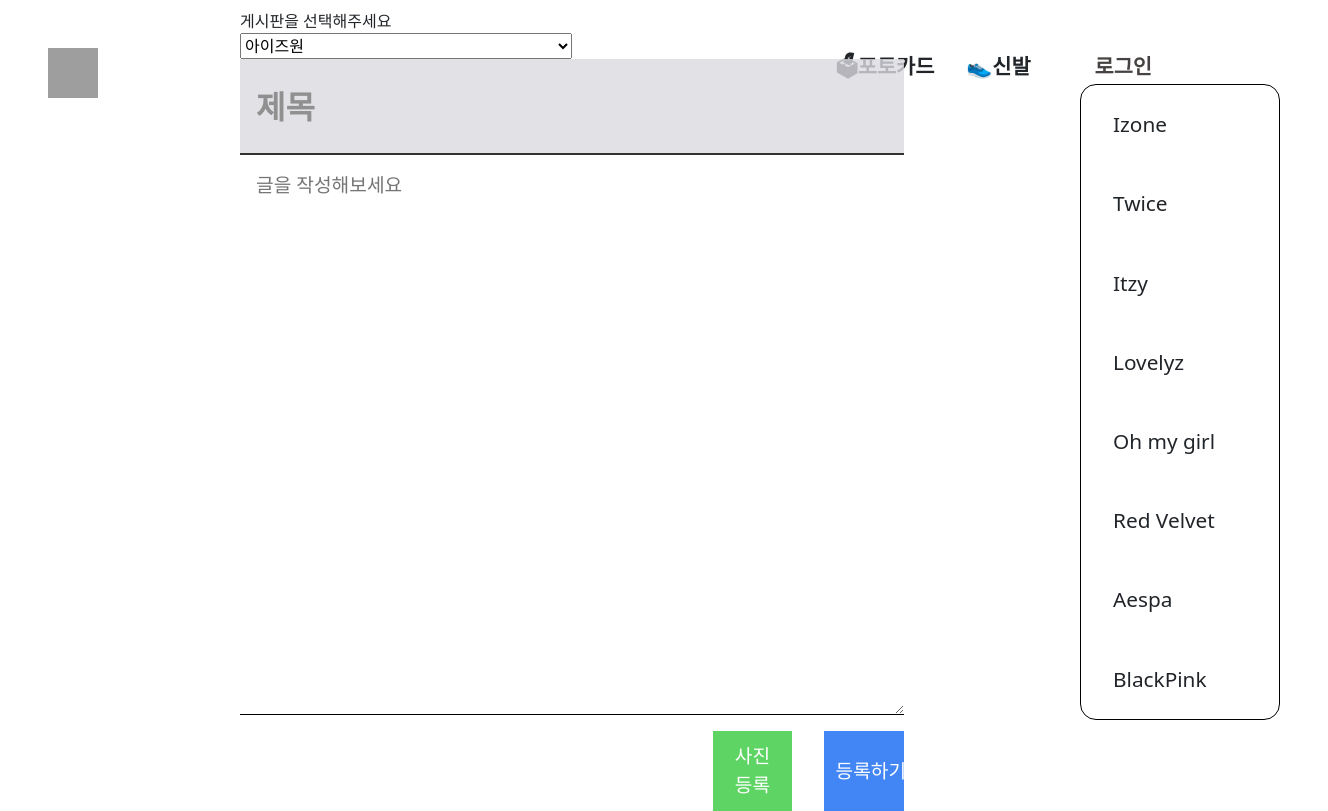
Repository: hwangstar156/goods-trader
Page: /write
The author's editor kept a copy of each file at every save. The page is drawn from the files as they stood at one save, then again after a run of saves.
The browser window is 1280 px wide. The page is 1328 px wide, so the pictures cover 1328 px, including what lies to the right of the window. The pictures show the whole page.
Pictures or frames that could not be fetched are drawn as grey boxes. Some web libraries are served in a nearby version. The project was rebuilt for these pictures with package versions that can differ from the ones it lists, and the page was loaded fresh each time. Also part of the build but not shown: src/App.css, src/component/sign-up/sign-up.component.jsx, src/component/sign-in/sign-in.styles.scss, src/component/sign-in/sign-in.component.jsx, src/component/with-spinner/withSpinner.styles.scss, src/component/with-spinner/withSpinner.component.jsx, src/pages/userprofile/userprofile.styles.scss, src/pages/userprofile/userprofile.utils.js and 7 more.

Above is the page before, as saved 2021-09-05 17:57:17.

### public/index.html
<!DOCTYPE html>
<html lang="en">
  <head>
    <meta charset="utf-8" />
    <link rel="icon" href="%PUBLIC_URL%/favicon.ico" />
    <meta name="viewport" content="width=device-width, initial-scale=1" />
    <meta name="theme-color" content="#000000" />
    <meta
      name="description"
      content="Web site created using create-react-app"
    />
    <link rel="apple-touch-icon" href="%PUBLIC_URL%/logo192.png" />

    <link rel="manifest" href="%PUBLIC_URL%/manifest.json" />
    <script src="https://kit.fontawesome.com/08c91e1c0e.js" crossorigin="anonymous"></script>
    <title>Goods trader</title>
  </head>
  <body>
    <div id="root"></div>
  </body>
</html>

### src/index.js
import React from "react";
import ReactDOM from "react-dom";
import "./index.css";
import App from "./App";
import reportWebVitals from "./reportWebVitals";
import { BrowserRouter } from "react-router-dom";
import { PersistGate } from "redux-persist/integration/react";
import { store, persistor } from "./redux/store";
import { Provider } from "react-redux";
import "bootstrap/dist/css/bootstrap.min.css";
ReactDOM.render(
  <Provider store={store}>
    <BrowserRouter>
      <PersistGate persistor={persistor}>
        <App />
      </PersistGate>
    </BrowserRouter>
  </Provider>,

  document.getElementById("root")
);

// If you want to start measuring performance in your app, pass a function
// to log results (for example: reportWebVitals(console.log))
// or send to an analytics endpoint. Learn more: https://bit.ly/CRA-vitals
reportWebVitals();

### src/App.js
import "./App.css";
import { Switch, Route, Redirect } from "react-router-dom";
import SignUpPage from "./component/sign-up/sign-up.component";
import SignInPage from "./component/sign-in/sign-in.component";
import UserProfileContainer from "./pages/userprofile/userprofile.container";
import React, { useEffect } from "react";
import Header from "./component/header/header.component";
import HomePage from "./pages/homepage.component";
import { useDispatch, useSelector } from "react-redux";
import { selectCurrentUser } from "./redux/user/user.selector";
import { checkUserSession } from "./redux/user/user.action";
import WritePage from "./pages/write/write.pages";
const App = () => {
  const currentUser = useSelector(selectCurrentUser);
  const dispatch = useDispatch();

  useEffect(() => {
    dispatch(checkUserSession());
  }, [dispatch]);
  return (
    <>
      <Header />
      <Switch>
        <Route exact path="/" render={() => <HomePage />} />
        <Route exact path="/signup" component={SignUpPage} />
        <Route
          exact
          path="/signin"
          render={() => (currentUser ? <Redirect to="/" /> : <SignInPage />)}
        />
        <Route exact path="/profile" component={UserProfileContainer}></Route>
        <Route exact path="/write" component={WritePage}></Route>
      </Switch>
    </>
  );
};

export default App;

### src/redux/store.js
import { createStore, applyMiddleware } from "redux";
import logger from "redux-logger";
import { persistStore } from "redux-persist";
import rootReducer from "./root-redux";
import { composeWithDevTools } from "redux-devtools-extension";
import createSagaMiddleware from "redux-saga";
import rootSaga from "./root-saga";

const sagaMiddleware = createSagaMiddleware();
const middlewares = [logger, sagaMiddleware];

const store = createStore(
  rootReducer,
  composeWithDevTools(applyMiddleware(...middlewares))
);
sagaMiddleware.run(rootSaga);
const persistor = persistStore(store);

export { store, persistor };

### src/pages/userprofile/userprofile.container.jsx
import WithSpinner from "../../component/with-spinner/withSpinner.component";
import UserProfilePage from "./userprofile.pages";
import { compose } from "redux";
import { connect } from "react-redux";
import { createStructuredSelector } from "reselect";
import { selectUserFetching } from "../../redux/user/user.selector";

const mapStateToProps = createStructuredSelector({
  isLoading: selectUserFetching,
});

const UserProfileContainer = compose(
  connect(mapStateToProps),
  WithSpinner
)(UserProfilePage);

export default UserProfileContainer;

### src/component/header/header.component.jsx
import React from "react";
import ProfileIcon from "../userprofile/profileicon.component";
import { Link, useHistory } from "react-router-dom";
import "./header.styles.scss";
import { useSelector } from "react-redux";
import {
  selectCurrentUser,
  selectUserLoggedIn,
} from "../../redux/user/user.selector";

const Header = () => {
  const currentUser = useSelector(selectCurrentUser);
  const isLoggedIn = useSelector(selectUserLoggedIn);
  const history = useHistory();
  const handleLogoClick = () => {
    history.push("/");
  };

  return (
    <>
      <div className="header-container">
        <div className="logo" onClick={handleLogoClick}>
          <img
            src="https://www.freepnglogos.com/uploads/logo-website-png/logo-website-file-globe-icon-svg-wikimedia-commons-21.png"
            alt=""
            className="logo-img"
          />
        </div>
        <div className="header-element">
          {isLoggedIn ? (
            <Link className="header-write" to="/write">
              📝글쓰기
            </Link>
          ) : null}

          <div className="header-photocard">🗳포토카드</div>
          <div className="header-sneakers">👟신발</div>
          {currentUser ? (
            <ProfileIcon />
          ) : (
            <Link to="/signin" className="sign-in-btn">
              로그인
            </Link>
          )}
        </div>
      </div>
    </>
  );
};

export default Header;

### src/redux/user/user.selector.js
import { createSelector } from "reselect";

const selectUser = (state) => state.user;

export const selectCurrentUser = createSelector(
  [selectUser],
  (user) => user.currentUser
);

export const selectUserError = createSelector(
  [selectUser],
  (user) => user.error
);

export const selectUserFetching = createSelector(
  [selectUser],
  (user) => user.isFetching
);

export const selectUserLoggedIn = createSelector(
  [selectUser],
  (user) => user.isLoggedIn
);

### src/redux/user/user.action.js
import { UserActionTypes } from "./user.types";

export const googleSignInStart = () => ({
  type: UserActionTypes.GOOGLE_SIGN_IN_START,
});

export const emailSignInStart = (emailAndPassword) => ({
  type: UserActionTypes.EMAIL_SIGN_IN_START,
  payload: emailAndPassword,
});

export const signInSuccess = (user) => ({
  type: UserActionTypes.SIGN_IN_SUCCESS,
  payload: user,
});

export const signInFailure = (err) => ({
  type: UserActionTypes.SIGN_IN_FAILURE,
  payload: err,
});

export const checkUserSession = () => ({
  type: UserActionTypes.CHECK_USER_SESSION,
});

export const signOutStart = () => ({
  type: UserActionTypes.SIGN_OUT_START,
});

export const signOutSuccess = () => ({
  type: UserActionTypes.SIGN_OUT_SUCCESS,
});

export const signOutFailure = (err) => ({
  type: UserActionTypes.SIGN_OUT_FAILURE,
  payload: err,
});

export const signUpStart = (userObj) => ({
  type: UserActionTypes.SIGN_UP_START,
  payload: userObj,
});

export const signUpSuccess = ({ user, additionalData }) => ({
  type: UserActionTypes.SIGN_UP_SUCCESS,
  payload: { user, additionalData },
});

export const signUpFailure = (err) => ({
  type: UserActionTypes.SIGN_UP_FAILURE,
  payload: err,
});

export const refreshUserStart = () => ({
  type: UserActionTypes.REFRESH_USER_START,
});

export const refreshUserSuccess = (user) => ({
  type: UserActionTypes.REFRESH_USER_SUCCESS,
  payload: user,
});

export const refreshUserFailure = (err) => ({
  type: UserActionTypes.REFRESH_USER_FAILURE,
  payload: err,
});

### src/pages/write/write.pages.jsx
import React from "react";
import { useState } from "react";
import { useSelector } from "react-redux";
import { firestore, storageRef } from "../../firebase/firebase.utils";
import { selectCurrentUser } from "../../redux/user/user.selector";
import { v4 as uuidv4 } from "uuid";
import { useRef } from "react";
import MenuAside from "../../component/menu-aside/menu-aside.component";
import "github-markdown-css";
import "./write.styles.scss";
import { selectIdols } from "../../redux/idol/idol.selector";
const WritePage = () => {
  const imgRef = useRef(null);
  const currentUser = useSelector(selectCurrentUser);
  const idolCollection = useSelector(selectIdols);
  const [text, setText] = useState({
    headText: "",
    mainText: "",
  });
  const [file, setFile] = useState("");
  const { headText, mainText } = text;

  const onSubmit = async (e) => {
    e.preventDefault();
    let fileUrl = "";
    const fileRef = storageRef.child(`${currentUser.id}/${uuidv4()}`);
    const responce = await fileRef.put(file);

    console.log(responce);
    responce.ref.getDownloadURL().then((url) => {
      fileUrl = url;
      imgRef.current.src = url;
    });

    const writing = {
      headText,
      mainText,
      createAt: Date.now(),
      fileUrl,
    };
    firestore.collection("writings").add(writing);
    setFile("");
    setText({
      ...text,
      headText: "",
      mainText: "",
    });
  };

  const onChangeTextInput = (e) => {
    const name = e.target.name;
    setText({
      ...text,
      [name]: e.target.value,
    });
  };

  const onChangeFiles = (e) => {
    const theFile = e.target.files[0];
    if (!theFile) {
      return;
    }
    if (!theFile.type.match(/image.*/)) {
      return;
    }
    setFile(theFile);
  };

  const onChangeSelectIdol = (e) => {};

  return (
    <div className="write-container">
      <form onSubmit={onSubmit} className="inputs-form">
        <label htmlFor="">게시판을 선택해주세요</label>
        <select
          name="idol"
          id="select-collection"
          onChange={onChangeSelectIdol}
          className="idol-selector"
        >
          {idolCollection.map(({ id, title }) => (
            <option key={id} value={title}>
              {title}
            </option>
          ))}
        </select>
        <input
          type="text"
          name="headText"
          className="head-input"
          value={headText}
          placeholder="제목"
          onChange={onChangeTextInput}
        />
        <textarea
          type="text"
          placeholder="글을 작성해보세요"
          className="main-input"
          name="mainText"
          value={mainText}
          onChange={onChangeTextInput}
        />
        <input
          type="file"
          accept="image/*"
          onChange={onChangeFiles}
          className="file-input"
        />
        <footer className="footer-element">
          <button type="button" className="file-btn">
            사진 등록
          </button>
          <input type="submit" className="submit-btn" value="등록하기" />
        </footer>
      </form>
      <MenuAside className="menu-aside" />
      <div className="image-preview">
        <img src="" alt="" ref={imgRef} />
      </div>
    </div>
  );
};

export default WritePage;

### src/redux/root-redux.js
import { combineReducers } from "redux";
import { persistReducer } from "redux-persist";
import storage from "redux-persist/lib/storage";
import idolReducer from "./idol/idol.reducer";
import userReducer from "./user/user.reducer";
const persistConfig = {
  key: "root",
  storage,
  whitelist: ["cart"],
};

const rootReducer = combineReducers({
  user: userReducer,
  idol: idolReducer,
});

export default persistReducer(persistConfig, rootReducer);

### src/redux/root-saga.js
import { all, call } from "redux-saga/effects";
import { userSagas } from "./user/user.saga";
export default function* rootSaga() {
  yield all([call(userSagas)]);
}

### src/component/sign-up/sign-up.styles.scss
@import url("https://fonts.googleapis.com/css2?family=Poppins&display=swap");
@import url("https://fonts.googleapis.com/css2?family=Jua&display=swap");

* {
  box-sizing: content-box;
  margin: 0;
}
.sign-up-page {
  width: 100%;
  height: 100vh;
  font-family: "Jua", sans-serif;
  & .form-input {
    display: flex;
    flex-direction: column;
    width: 35%;
    justify-content: center;
    margin: 0 auto;
    margin-top: 4rem;
    background-color: skyblue;
    padding: 3rem;
    border-radius: 1rem;

    & h3 {
      font-size: 2rem;
      text-align: center;
      color: black;
    }

    & .sign-up-input {
      margin-top: 2rem;
      height: 3rem;
      background-color: lightgray;
      border: 1px solid black;
      border-radius: 0.5rem;
      font-size: 1rem;
      letter-spacing: 0.1rem;
      padding-left: 1rem;
      &::placeholder {
        letter-spacing: normal;
        font-size: 80%;
        opacity: 1;
      }
    }
  }

  & .sign-up-title {
    display: flex;
    font-style: italic;
    padding-top: 3rem;
    font-size: 3em;

    color: tomato;
    justify-content: center;

    & strong {
      color: blue;
    }
  }

  & .submit-btn {
    width: 20%;
    margin: 4rem auto 0 auto;
    padding: 1rem;
    border-radius: 1.5rem;
    border: transparent;
    background-color: #4285f4;
    color: white;
    font-size: 1rem;

    &:hover {
      cursor: pointer;
      background-color: #357ae8;
    }
  }
}

### src/component/header/header.styles.scss
@import url("https://fonts.googleapis.com/css2?family=Jua&display=swap");

.header-container {
  display: flex;
  position: relative;
  left: 3rem;
  top: 3rem;
  & .logo-img {
    width: 50px;
    height: 50px;
    cursor: pointer;
  }

  & .header-element {
    display: flex;
    position: absolute;
    right: 11rem;
    font-size: 1.3rem;
    line-height: 40px;
    font-weight: 600;
    font-family: "Jua", sans-serif;

    & .header-write {
      text-decoration: none;
      color: rgb(71, 66, 66);
    }

    & .sign-in-btn {
      text-decoration: none;
      color: rgb(71, 66, 66);
    }
    & .header-write {
      margin-right: 2rem;
    }

    & .header-photocard {
      margin-right: 2rem;
    }

    & .header-sneakers {
      margin-right: 4rem;
    }
  }
}

### src/redux/user/user.types.js
export const UserActionTypes = {
  GOOGLE_SIGN_IN_START: "GOOGLE_SIGN_IN_START",
  EMAIL_SIGN_IN_START: "EMAIL_SIGN_IN_START",
  SIGN_IN_SUCCESS: "SIGN_IN_SUCCESS",
  SIGN_IN_FAILURE: "SIGN_IN_FAILURE",
  CHECK_USER_SESSION: "CHECK_USER_SESSION",
  SIGN_OUT_START: "SIGN_OUT_START",
  SIGN_OUT_SUCCESS: "SIGN_OUT_SUCCESS",
  SIGN_OUT_FAILURE: "SIGN_OUT_FAILURE",
  SIGN_UP_START: "SIGN_UP_START",
  SIGN_UP_SUCCESS: "SIGN_UP_SUCCESS",
  SIGN_UP_FAILURE: "SIGN_UP_FAILURE",
  CHANGE_USER_IMAGE: "CHANGE_USER_IMAGE",
  REFRESH_USER_START: "REFRESH_USER_START",
  REFRESH_USER_SUCCESS: "REFRESH_USER_REFRESH_USER_SUCCESS",
  REFRESH_USER_FAILURE: "REFRESH_USER_FAILURE",
};

### src/component/menu-aside/menu-aside.component.jsx
import React from "react";
import "./menu-aside.styles.scss";
const MenuAside = () => {
  return (
    <aside>
      <ul className="menu-aside">
        <li>Izone</li>
        <li>Twice</li>
        <li>Itzy</li>
        <li>Lovelyz</li>
        <li>Oh my girl</li>
        <li>Red Velvet</li>
        <li>Aespa</li>
        <li>BlackPink</li>
      </ul>
    </aside>
  );
};

export default MenuAside;

### src/pages/write/write.styles.scss
.write-container {
  height: 100vh;
  display: flex;
  justify-content: center;
  align-items: center;



  & .inputs-form {
    display: flex;
    flex-direction: column;
    margin-left: 15rem;
    margin-right: 6rem;
    width: 900px;
    & .idol-selector{
        width: 50%;
    }
    & .head-input {
      height: 6rem;
      border: none;
      border-bottom: 2px solid black;
      background-color: rgb(218, 218, 224);
      opacity: 0.8;
      padding-left: 1rem;
      font-weight: 600;
      font-size: 2rem;
      &:focus {
        outline: none;
      }
    }

    & .main-input {
      border: none;
      border-bottom: 1px solid black;
      height: 35rem;
      padding: 1rem 0 0 1rem;
      font-size: 1.2rem;
      &:focus {
        outline: none;
      }
    }

     & .file-input{
         display: none;
     }
    & .footer-element{
        display: flex;
        & .file-btn{
            width: 12%;
            padding: 0.7rem;
            margin-left: auto;
            margin-top: 1rem;
            margin-right: 2rem;
            color: white;
            border: none;
            font-size: 1.2rem;
            background-color: #5ed464;
            &:hover{
                background-color: #45be4b;
            }
        }
        & .submit-btn{
            width: 12%;
            padding: 0.7rem;
            margin-top: 1rem;
            color: white;
            border: none;
            font-size: 1.2rem;
            background-color: #4285f4;
            &:hover{
                background-color: #357ae8;
            }
        }
    }
  }
}

### src/redux/idol/idol.selector.js
import { createSelector } from "reselect";

const selectIdol = (state) => state.idol;

export const selectIdols = createSelector(
  [selectIdol],
  (idol) => idol.sections
);

### src/redux/idol/idol.reducer.js
import idolData from "./idol.data";
import IdolTypeActions from "./idol.type";
const idolReducer = (state = idolData, action) => {
  switch (action.type) {
    case IdolTypeActions.CHANGE_IMAGE_SIZE:
      return {
        ...state,
        imageUrl: action.payload,
      };
    default:
      return state;
  }
};

export default idolReducer;

### src/redux/user/user.reducer.js
import { UserActionTypes } from "./user.types";

const INITIAL_STATE = {
  currentUser: null,
  error: null,
  isFetching: true,
  isLoggedIn: false,
};

const userReducer = (state = INITIAL_STATE, action) => {
  switch (action.type) {
    case UserActionTypes.REFRESH_USER_START:
    case UserActionTypes.CHECK_USER_SESSION:
      return {
        ...state,
        isFetching: true,
      };
    case UserActionTypes.REFRESH_USER_SUCCESS:
    case UserActionTypes.SIGN_IN_SUCCESS:
      return {
        ...state,
        currentUser: action.payload,
        error: null,
        isFetching: false,
        isLoggedIn: true,
      };
    case UserActionTypes.SIGN_OUT_SUCCESS:
      return {
        ...state,
        currentUser: null,
        error: null,
        isLoggedIn: false,
      };
    case UserActionTypes.REFRESH_USER_FAILURE:
    case UserActionTypes.SIGN_IN_FAILURE:
    case UserActionTypes.SIGN_OUT_FAILURE:
    case UserActionTypes.SIGN_UP_FAILURE:
      return {
        ...state,
        error: action.payload,
      };
    default:
      return state;
  }
};

export default userReducer;

### src/component/menu-aside/menu-aside.styles.scss
.menu-aside {
    list-style: none;
    min-width: 200px;
    margin-left: 5rem;
    border-radius: 1rem;
    border: 1px solid black;
    padding-left: 0;

    & li {
        margin-left: 0;
      padding: 1.5rem 0 1.5rem 2rem;
      font-size: 1.3rem;
      border-radius: 1rem;
      &:hover{
          background-color: rgb(169, 169, 255);
          color: white;
        cursor:pointer;
      }
    }
  }

### src/redux/idol/idol.data.js
const idolData = {
  sections: [
    {
      title: "아이즈원",
      imageUrl:
        "https://data.ygosu.com/editor/attach/20190226/20190226183618_zltermyq.png",
      id: 1,
      linkUrl: "collection/izone",
    },
    {
      title: "트와이스",
      imageUrl: "https://pbs.twimg.com/media/Cy3Wj-5UAAAnKhC.jpg",
      id: 2,
      linkUrl: "collection/twice",
    },
    {
      title: "itzy",
      imageUrl: "https://t1.daumcdn.net/cfile/tistory/998490455C7ABBF703",
      id: 3,
      linkUrl: "collection/itzy",
    },
    {
      title: "러블리즈",
      imageUrl: "https://pbs.twimg.com/media/DNoNIHMUEAAQRai.jpg:large",
      id: 4,
      linkUrl: "collection/lovelyz",
    },
    {
      title: "오마이걸",
      imageUrl:
        "https://blog.kakaocdn.net/dn/tegj9/btqyuFpCiAj/KCKVi3ABV1KA1duQLSm1c1/img.jpg",
      id: 5,
      linkUrl: "collection/omygirl",
    },
    {
      title: "레드벨벳",
      imageUrl:
        "https://blog.kakaocdn.net/dn/bvtVxD/btqMfhWcXgE/anTtVfo6r12XiVNOLuhlkK/img.png",
      id: 6,
      linkUrl: "collection/redvelvet",
    },
    {
      title: "에스파",
      imageUrl: "https://pbs.twimg.com/media/Er64LL-VQAA708Y.jpg",
      id: 7,
      linkUrl: "collection/aespa",
    },
    {
      title: "블랙핑크",
      imageUrl:
        "https://www.wallpapertip.com/wmimgs/96-966442_blackpink-hd.jpg",
      id: 8,
      linkUrl: "collection/blackpink",
    },
  ],
};

export default idolData;

### src/redux/idol/idol.type.js
const IdolTypeActions = {
  CHANGE_IMAGE_SIZE: "CHANGE_IMAGE_SIZE",
};

export default IdolTypeActions;

### src/menu-item/menu-item.styles.scss
* {
  box-sizing: content-box;
  margin: 0;
}

.menu-item {
  overflow: hidden;
  min-width: 30%;
  &:hover {
    cursor: pointer;

    & .background-image {
      transform: scale(1.04);
      transition: transform 2s cubic-bezier(0.25, 0.45, 0.45, 0.95);

      & .content {
        opacity: 0.9;
      }
    }
  }
  & .background-image {
    position: relative;
    height: 700px;

    background-size: cover;
    background-repeat: no-repeat;
    background-position: center;

    & .content {
      position: absolute;
      width: 7.5rem;
      height: 7.5rem;
      display: flex;
      flex-direction: column;
      align-items: center;
      justify-content: center;
      border: 1px solid black;
      top: 50%;
      left: 50%;
      background-color: white;
      opacity: 0.7;
      transform: translate(-50%, -50%);
      border-radius: 0.5rem;
      & .title {
        font-weight: bold;
        margin: 0 3px 0;
        font-size: 20px;
        color: #4a4a4a;
        font-family: sans-serif;
      }
    }
  }
}

Loaded but not shown: src/index.css (common file); src/reportWebVitals.js (common file); src/redux/user/user.saga.js (119 lines, source omitted); src/firebase/firebase.utils.js (87 lines, source omitted)

After the next 3 saves:
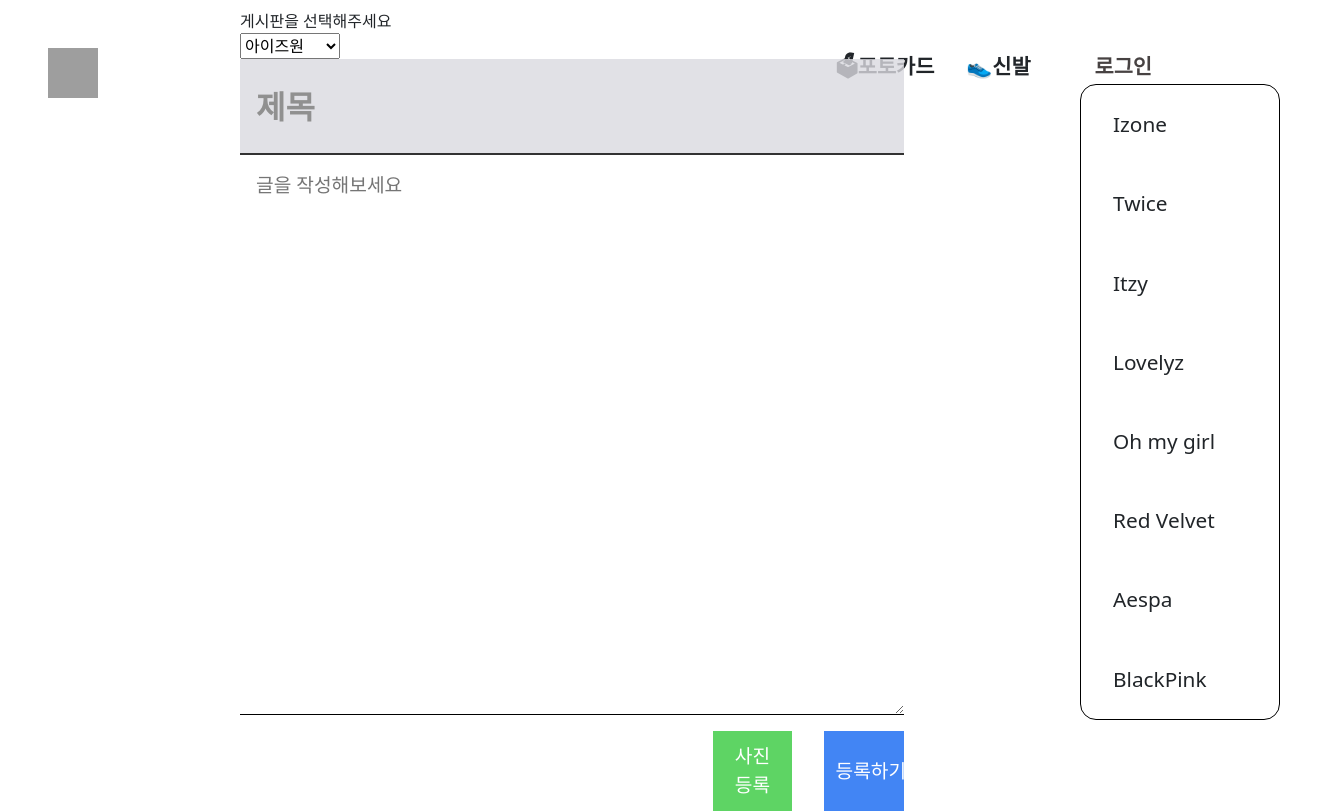
The 3 saves are shown as one change because they came seconds apart.
The last was saved 9 s later.
--- a/src/pages/write/write.styles.scss
+++ b/src/pages/write/write.styles.scss
@@ -13,7 +13,7 @@
     margin-right: 6rem;
     width: 900px;
     & .idol-selector{
-        width: 50%;
+        width: 15%;
     }
     & .head-input {
       height: 6rem;
